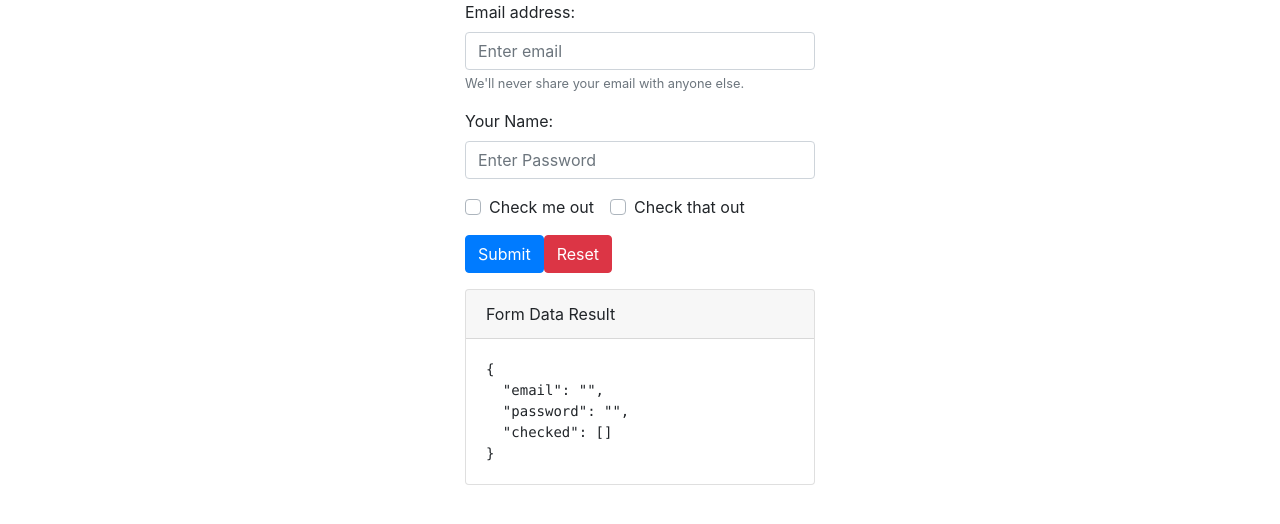
Repository: afsanarozan/viue-js
Page: /login
The author's editor kept a copy of each file at every save. The page is drawn from the files as they stood at one save, then again after the next save.
The browser window is 1280 px wide. The pictures show the whole page.
Some web fonts or font styles are not loaded; a fallback is used. The project was rebuilt for these pictures with package versions that can differ from the ones it lists, and the page was loaded fresh each time. Also part of the build but not shown: src/components/modalEdit.vue, src/components/modalAdd.vue, src/components/Items.vue, src/views/Home/home.vue, src/views/Home/name.vue, src/views/Home/update.vue, src/views/Home/price.vue, src/views/Home/search.vue and 2 more.

Above is the page before, as saved 2020-10-01 22:00:02.

After the next save:
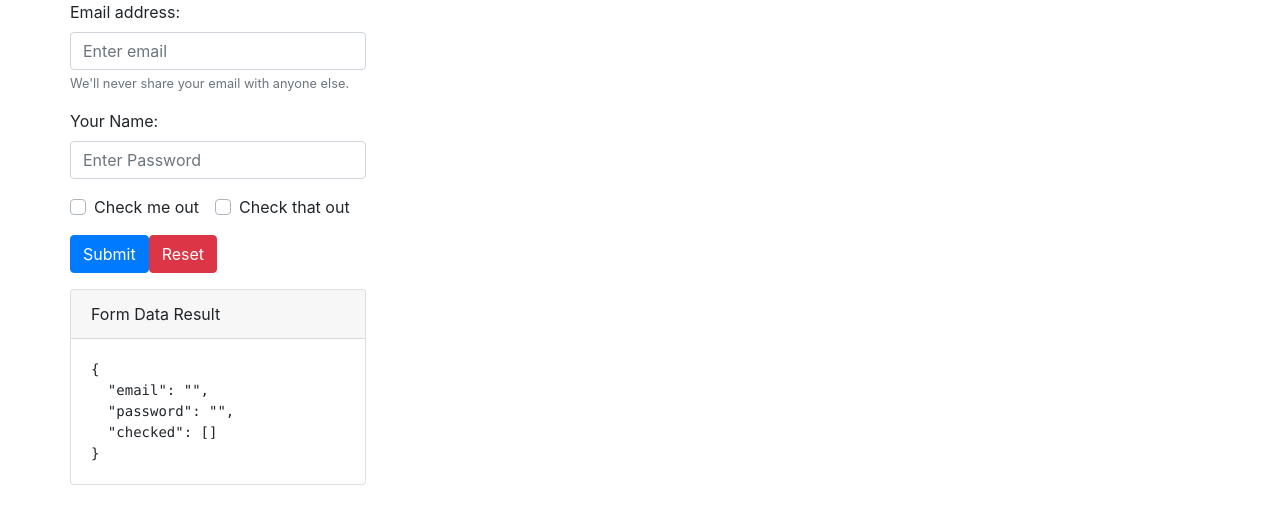
Saved 22 s later.
--- a/src/views/login/login.vue
+++ b/src/views/login/login.vue
@@ -2,7 +2,7 @@
 <div class="wrap-form-contact">
     <div class="container">
         <b-row>
-            <b-col md="4" offset-md="4">
+            <div md="4" offset-md="4">
     <b-form @submit="onSubmit" @reset="onReset" v-if="show">
       <b-form-group
         id="input-group-1"
@@ -42,7 +42,7 @@
     <b-card class="mt-3" header="Form Data Result">
       <pre class="m-0">{{ form }}</pre>
     </b-card>
-            </b-col>
+            </div>
             </b-row>
   </div>
 </div>

After the 2 saves that followed:
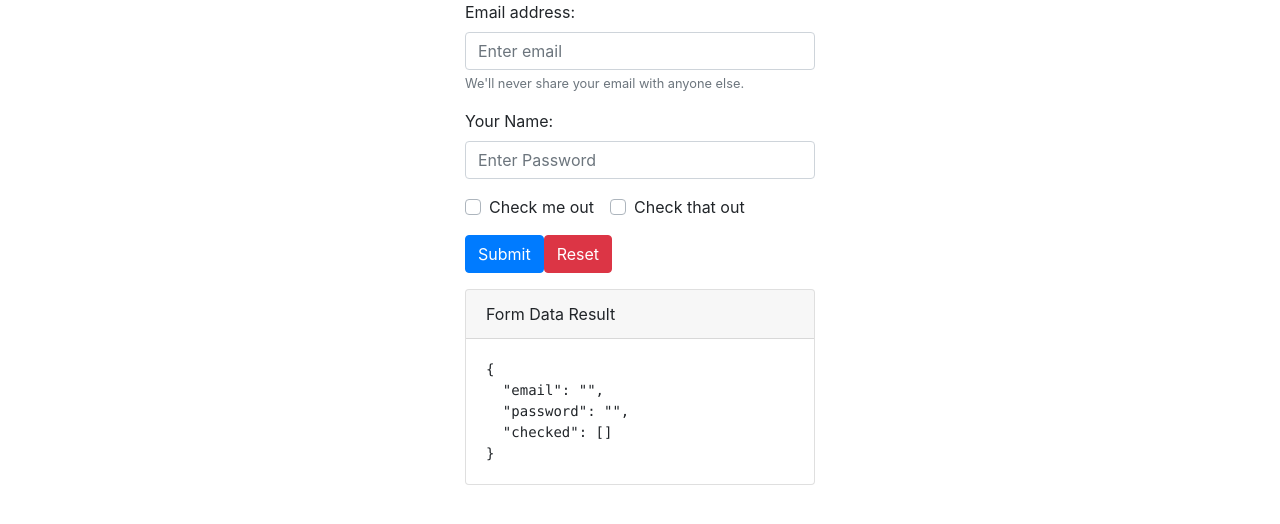
The 2 saves are shown as one change because 1 did not build or start.
The last was saved 23 s later.
--- a/src/views/login/login.vue
+++ b/src/views/login/login.vue
@@ -1,8 +1,8 @@
 <template>
 <div class="wrap-form-contact">
-    <div class="container">
+    <b-container>
         <b-row>
-            <div md="4" offset-md="4">
+            <b-col md="4" offset-md="4">
     <b-form @submit="onSubmit" @reset="onReset" v-if="show">
       <b-form-group
         id="input-group-1"
@@ -42,9 +42,9 @@
     <b-card class="mt-3" header="Form Data Result">
       <pre class="m-0">{{ form }}</pre>
     </b-card>
-            </div>
+            </b-col>
             </b-row>
-  </div>
+  </b-container>
 </div>
 </template>
 
